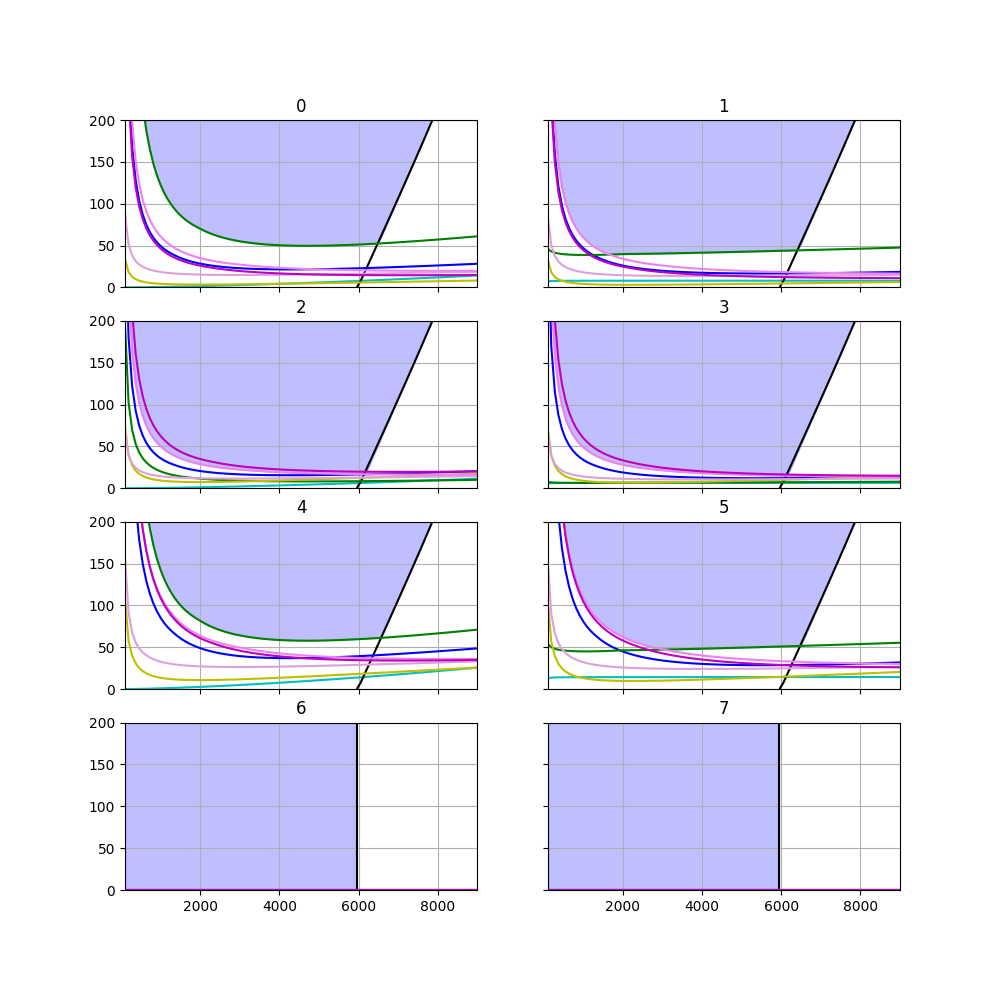
Repository: 12libao/DEA
Script's output: python Sizing_Method/ConstrainsAnalysis/ConstrainsAnalysisPDP1P2.py
An editor plug-in stored every save of this project. The script's output is shown before and after the next save, followed by the edit.
Random numbers start from a fixed seed.

Above is the script's output before, as saved 2021-07-12 16:06:07.

### Sizing_Method/ConstrainsAnalysis/ConstrainsAnalysisPDP1P2.py
# author: Bao Li #
# Georgia Institute of Technology #
import sys
import os

sys.path.insert(0, os.getcwd())

import numpy as np
import matplotlib.pylab as plt
import Sizing_Method.Other.US_Standard_Atmosphere_1976 as atm
import Sizing_Method.Aerodynamics.ThrustLapse as thrust_lapse
import Sizing_Method.Aerodynamics.Aerodynamics as ad
import Sizing_Method.ConstrainsAnalysis.ConstrainsAnalysis as ca
import Sizing_Method.ConstrainsAnalysis.ConstrainsAnalysisPD as ca_pd


"""
The unit use is IS standard
"""


class ConstrainsAnalysis_Mattingly_Method_with_DP_turbofun:
    """This is a power-based master constraints analysis"""

    def __init__(self, altitude, velocity, beta, wing_load, Hp=0.5, number_of_motor=12, C_DR=0):
        """

        :param beta: weight fraction
        :param Hp: P_motor/P_total
        :param n: number of motor
        :param K1: drag polar coefficient for 2nd order term
        :param K2: drag polar coefficient for 1st order term
        :param C_D0: the drag coefficient at zero lift
        :param C_DR: additional drag caused, for example, by external stores,
        braking parachutes or flaps, or temporary external hardware

        :return:
            power load: P_WTO
        """

        self.h = altitude
        self.v = velocity
        self.rho = atm.atmosphere(geometric_altitude=self.h).density()

        self.beta = beta
        self.hp = Hp
        self.n = number_of_motor

        # power lapse ratio
        self.alpha = thrust_lapse.thrust_lapse_calculation(altitude=self.h,
                                                           velocity=self.v).high_bypass_ratio_turbofan()

        self.k1 = ad.aerodynamics_without_pd(self.h, self.v).K1()
        self.k2 = ad.aerodynamics_without_pd(self.h, self.v).K2()
        self.cd0 = ad.aerodynamics_without_pd(self.h, self.v).CD_0()
        self.cdr = C_DR

        self.w_s = wing_load
        self.g0 = 9.80665

        self.coefficient = (1 - self.hp) * self.beta * self.v / self.alpha

        # Estimation of ΔCL and ΔCD
        pd = ad.aerodynamics_with_pd(
            self.h, self.v, Hp=self.hp, n=n, W_S=self.w_s)
        self.q = 0.5 * self.rho * self.v ** 2
        self.cl = self.beta * self.w_s / self.q
        # print(self.cl)
        self.delta_cl = pd.delta_lift_coefficient(self.cl)
        self.delta_cd0 = pd.delta_CD_0()

    def master_equation(self, n, dh_dt, dV_dt):
        cl = self.cl * n + self.delta_cl

        cd = self.k1 * cl ** 2 + self.k2 * cl + self.cd0 + self.cdr + self.delta_cd0
        p_w = self.coefficient * \
            (self.q / (self.beta * self.w_s) *
             cd + dh_dt / self.v + dV_dt / self.g0)
        return p_w

    def cruise(self):
        p_w = ConstrainsAnalysis_Mattingly_Method_with_DP_turbofun.master_equation(
            self, n=1, dh_dt=0, dV_dt=0)
        return p_w

    def climb(self, roc):
        p_w = ConstrainsAnalysis_Mattingly_Method_with_DP_turbofun.master_equation(
            self, n=1, dh_dt=roc, dV_dt=0)
        return p_w

    def level_turn(self, turn_rate=3, v=100):
        """
        assume 2 min for 360 degree turn, which is 3 degree/seconds
        assume turn at 300 knots, which is about 150 m/s
        """
        load_factor = (1 + ((turn_rate * np.pi / 180)
                       * v / self.g0) ** 2) ** 0.5
        p_w = ConstrainsAnalysis_Mattingly_Method_with_DP_turbofun.master_equation(
            self, n=load_factor, dh_dt=0, dV_dt=0)
        return p_w

    def take_off(self):
        """
        A320neo take-off speed is about 150 knots, which is about 75 m/s
        required runway length is about 2000 m
        K_TO is a constant greater than one set to 1.2 (generally specified by appropriate flying regulations)
        """
        Cl_max_to = 2.3  # 2.3
        K_TO = 1.2  # V_TO / V_stall
        s_G = 1266
        p_w = 2 / 3 * self.coefficient / self.v * self.beta * K_TO ** 2 / (
            s_G * self.rho * self.g0 * Cl_max_to) * self.w_s ** (
            3 / 2)
        return p_w

    def stall_speed(self, V_stall_to=65, Cl_max_to=2.3):
        V_stall_ld = 62

        Cl_max_ld = 2.87

        W_S_1 = 1 / 2 * self.rho * V_stall_to ** 2 * \
            (Cl_max_to + self.delta_cl)
        W_S_2 = 1 / 2 * self.rho * V_stall_ld ** 2 * \
            (Cl_max_ld + self.delta_cl)

        W_S = min(W_S_1, W_S_2)
        return W_S

    def service_ceiling(self, roc=0.5):
        p_w = ConstrainsAnalysis_Mattingly_Method_with_DP_turbofun.master_equation(
            self, n=1, dh_dt=roc, dV_dt=0)
        return p_w

    allFuncs = [take_off, stall_speed, cruise,
                service_ceiling, level_turn, climb]


class ConstrainsAnalysis_Mattingly_Method_with_DP_electric:
    """This is a power-based master constraints analysis

    the difference between turbofun and electric for constrains analysis:
    1. assume the thrust_lapse = 1 for electric propution
    2. hp = 1 - hp_turbofun
    """

    def __init__(self, altitude, velocity, beta, wing_load, Hp=0.5, number_of_motor=12, C_DR=0):
        """

        :param beta: weight fraction
        :param Hp: P_motor/P_total
        :param n: number of motor
        :param K1: drag polar coefficient for 2nd order term
        :param K2: drag polar coefficient for 1st order term
        :param C_D0: the drag coefficient at zero lift
        :param C_DR: additional drag caused, for example, by external stores,
        braking parachutes or flaps, or temporary external hardware

        :return:
            power load: P_WTO
        """

        self.h = altitude
        self.v = velocity
        self.rho = atm.atmosphere(geometric_altitude=self.h).density()

        self.beta = beta
        self.hp = Hp  # this is the difference part compare with turbofun
        self.n = number_of_motor

        # power lapse ratio
        self.alpha = 1  # this is the difference part compare with turbofun

        self.k1 = ad.aerodynamics_without_pd(self.h, self.v).K1()
        self.k2 = ad.aerodynamics_without_pd(self.h, self.v).K2()
        self.cd0 = ad.aerodynamics_without_pd(self.h, self.v).CD_0()
        self.cdr = C_DR

        self.w_s = wing_load
        self.g0 = 9.80665

        self.coefficient = self.hp * self.beta * self.v / self.alpha

        # Estimation of ΔCL and ΔCD
        pd = ad.aerodynamics_with_pd(
            self.h, self.v, Hp=self.hp, n=n, W_S=self.w_s)
        self.q = 0.5 * self.rho * self.v ** 2
        self.cl = self.beta * self.w_s / self.q
        # print(self.cl)
        self.delta_cl = pd.delta_lift_coefficient(self.cl)
        self.delta_cd0 = pd.delta_CD_0()

    def master_equation(self, n, dh_dt, dV_dt):
        cl = self.cl * n + self.delta_cl

        cd = self.k1 * cl ** 2 + self.k2 * cl + self.cd0 + self.cdr + self.delta_cd0
        p_w = self.coefficient * \
            (self.q / (self.beta * self.w_s) *
             cd + dh_dt / self.v + dV_dt / self.g0)
        return p_w

    def cruise(self):
        p_w = ConstrainsAnalysis_Mattingly_Method_with_DP_electric.master_equation(
            self, n=1, dh_dt=0, dV_dt=0)
        return p_w

    def climb(self, roc):
        p_w = ConstrainsAnalysis_Mattingly_Method_with_DP_electric.master_equation(
            self, n=1, dh_dt=roc, dV_dt=0)
        return p_w

    def level_turn(self, turn_rate=3, v=100):
        """
        assume 2 min for 360 degree turn, which is 3 degree/seconds
        assume turn at 300 knots, which is about 150 m/s
        """
        load_factor = (1 + ((turn_rate * np.pi / 180)
                       * v / self.g0) ** 2) ** 0.5
        p_w = ConstrainsAnalysis_Mattingly_Method_with_DP_electric.master_equation(
            self, n=load_factor, dh_dt=0, dV_dt=0)
        return p_w

    def take_off(self):
        """
        A320neo take-off speed is about 150 knots, which is about 75 m/s
        required runway length is about 2000 m
        K_TO is a constant greater than one set to 1.2 (generally specified by appropriate flying regulations)
        """
        Cl_max_to = 2.3  # 2.3
        K_TO = 1.2  # V_TO / V_stall
        s_G = 1266
        p_w = 2 / 3 * self.coefficient / self.v * self.beta * K_TO ** 2 / (
            s_G * self.rho * self.g0 * Cl_max_to) * self.w_s ** (
            3 / 2)
        return p_w

    def stall_speed(self, V_stall_to=65, Cl_max_to=2.3):
        V_stall_ld = 62

        Cl_max_ld = 2.87

        W_S_1 = 1 / 2 * self.rho * V_stall_to ** 2 * \
            (Cl_max_to + self.delta_cl)
        W_S_2 = 1 / 2 * self.rho * V_stall_ld ** 2 * \
            (Cl_max_ld + self.delta_cl)

        W_S = min(W_S_1, W_S_2)
        return W_S

    def service_ceiling(self, roc=0.5):
        p_w = ConstrainsAnalysis_Mattingly_Method_with_DP_electric.master_equation(
            self, n=1, dh_dt=roc, dV_dt=0)
        return p_w

    allFuncs = [take_off, stall_speed, cruise,
                service_ceiling, level_turn, climb]


class ConstrainsAnalysis_Gudmundsson_Method_with_DP_turbofun:
    """This is a power-based master constraints analysis based on Gudmundsson_method"""

    def __init__(self, altitude, velocity, beta, wing_load, Hp=0.5, number_of_motor=12, e=0.75, AR=10.3):
        """

        :param beta: weight fraction
        :param e: wing planform efficiency factor is between 0.75 and 0.85, no more than 1
        :param AR: wing aspect ratio, normally between 7 and 10

        :return:
            power load: P_WTO
        """

        self.h = altitude
        self.v = velocity
        self.beta = beta
        self.w_s = wing_load
        self.g0 = 9.80665

        self.beta = beta
        self.hp = Hp
        self.n = number_of_motor

        self.rho = atm.atmosphere(geometric_altitude=self.h).density()

        # power lapse ratio
        self.alpha = thrust_lapse.thrust_lapse_calculation(altitude=self.h,
                                                           velocity=self.v).high_bypass_ratio_turbofan()
        h = 2.43  # height of winglets
        b = 35.8
        # equation 9-88, If the wing has winglets the aspect ratio should be corrected
        ar_corr = AR * (1 + 1.9 * h / b)
        self.k = 1 / (np.pi * ar_corr * e)
        self.coefficient = (1 - self.hp) * self.beta * self.v / self.alpha

        # Estimation of ΔCL and ΔCD
        pd = ad.aerodynamics_with_pd(
            self.h, self.v, Hp=self.hp, n=n, W_S=self.w_s)
        self.q = 0.5 * self.rho * self.v ** 2
        cl = self.beta * self.w_s / self.q
        self.delta_cl = pd.delta_lift_coefficient(cl)
        self.delta_cd0 = pd.delta_CD_0()

        # TABLE 3-1 Typical Aerodynamic Characteristics of Selected Classes of Aircraft
        cd_min = 0.02
        cd_to = 0.03
        cl_to = 0.8

        self.v_to = 68
        self.s_g = 1480
        self.mu = 0.04

        self.cd_min = cd_min + self.delta_cd0
        self.cl = cl + self.delta_cl

        self.cd_to = cd_to + self.delta_cd0
        self.cl_to = cl_to + self.delta_cl

    def cruise(self):
        p_w = self.q / self.w_s * (self.cd_min + self.k * self.cl ** 2)
        return p_w * self.coefficient

    def climb(self, roc):
        p_w = roc / self.v + self.q * self.cd_min / self.w_s + self.k * self.cl
        return p_w * self.coefficient

    def level_turn(self, turn_rate=3, v=100):
        """
        assume 2 min for 360 degree turn, which is 3 degree/seconds
        assume turn at 100 m/s
        """
        load_factor = (1 + ((turn_rate * np.pi / 180)
                       * v / self.g0) ** 2) ** 0.5
        q = 0.5 * self.rho * v ** 2
        p_w = q / self.w_s * (self.cd_min + self.k *
                              (load_factor / q * self.w_s + self.delta_cl) ** 2)
        return p_w * self.coefficient

    def take_off(self):
        q = self.q / 2
        p_w = self.v_to ** 2 / (2 * self.g0 * self.s_g) + q * self.cd_to / self.w_s + self.mu * (
            1 - q * self.cl_to / self.w_s)
        return p_w * self.coefficient

    def service_ceiling(self, roc=0.5):
        vy = (2 / self.rho * self.w_s *
              (self.k / (3 * self.cd_min)) ** 0.5) ** 0.5
        q = 0.5 * self.rho * vy ** 2
        p_w = roc / vy + q / self.w_s * \
            (self.cd_min + self.k * (self.w_s / q + self.delta_cl) ** 2)
        # p_w = roc / (2 / self.rho * self.w_s * (self.k / (3 * self.cd_min)) ** 0.5) ** 0.5 + 4 * (
        #         self.k * self.cd_min / 3) ** 0.5
        return p_w * self.coefficient

    def stall_speed(self, V_stall_to=65, Cl_max_to=2.3):
        V_stall_ld = 62

        Cl_max_ld = 2.87

        W_S_1 = 1 / 2 * self.rho * V_stall_to ** 2 * \
            (Cl_max_to + self.delta_cl)
        W_S_2 = 1 / 2 * self.rho * V_stall_ld ** 2 * \
            (Cl_max_ld + self.delta_cl)

        W_S = min(W_S_1, W_S_2)
        return W_S

    allFuncs = [take_off, stall_speed, cruise,
                service_ceiling, level_turn, climb]


class ConstrainsAnalysis_Gudmundsson_Method_with_DP_electric:
    """This is a power-based master constraints analysis based on Gudmundsson_method

    the difference between turbofun and electric for constrains analysis:
    1. assume the thrust_lapse = 1 for electric propution
    2. hp = 1 - hp_turbofun
    """

    def __init__(self, altitude, velocity, beta, wing_load, Hp=0.5, number_of_motor=12, e=0.75, AR=10.3):
        """

        :param beta: weight fraction
        :param e: wing planform efficiency factor is between 0.75 and 0.85, no more than 1
        :param AR: wing aspect ratio, normally between 7 and 10

        :return:
            power load: P_WTO
        """

        self.h = altitude
        self.v = velocity
        self.beta = beta
        self.w_s = wing_load
        self.g0 = 9.80665

        self.beta = beta
        self.hp = Hp  # this is the difference part compare with turbofun
        self.n = number_of_motor

        self.rho = atm.atmosphere(geometric_altitude=self.h).density()

        # power lapse ratio
        self.alpha = 1  # this is the difference part compare with turbofun

        h = 2.43  # height of winglets
        b = 35.8
        # equation 9-88, If the wing has winglets the aspect ratio should be corrected
        ar_corr = AR * (1 + 1.9 * h / b)
        self.k = 1 / (np.pi * ar_corr * e)
        self.coefficient = self.hp*self.beta * self.v / self.alpha

        # Estimation of ΔCL and ΔCD
        pd = ad.aerodynamics_with_pd(
            self.h, self.v, Hp=self.hp, n=n, W_S=self.w_s)
        self.q = 0.5 * self.rho * self.v ** 2
        cl = self.beta * self.w_s / self.q
        self.delta_cl = pd.delta_lift_coefficient(cl)
        self.delta_cd0 = pd.delta_CD_0()

        # TABLE 3-1 Typical Aerodynamic Characteristics of Selected Classes of Aircraft
        cd_min = 0.02
        cd_to = 0.03
        cl_to = 0.8

        self.v_to = 68
        self.s_g = 1480
        self.mu = 0.04

        self.cd_min = cd_min + self.delta_cd0
        self.cl = cl + self.delta_cl

        self.cd_to = cd_to + self.delta_cd0
        self.cl_to = cl_to + self.delta_cl

    def cruise(self):
        p_w = self.q / self.w_s * (self.cd_min + self.k * self.cl ** 2)
        return p_w * self.coefficient

    def climb(self, roc):
        p_w = roc / self.v + self.q * self.cd_min / self.w_s + self.k * self.cl
        return p_w * self.coefficient

    def level_turn(self, turn_rate=3, v=100):
        """
        assume 2 min for 360 degree turn, which is 3 degree/seconds
        assume turn at 100 m/s
        """
        load_factor = (1 + ((turn_rate * np.pi / 180)
                       * v / self.g0) ** 2) ** 0.5
        q = 0.5 * self.rho * v ** 2
        p_w = q / self.w_s * (self.cd_min + self.k *
                              (load_factor / q * self.w_s + self.delta_cl) ** 2)
        return p_w * self.coefficient

    def take_off(self):
        q = self.q / 2
        p_w = self.v_to ** 2 / (2 * self.g0 * self.s_g) + q * self.cd_to / self.w_s + self.mu * (
            1 - q * self.cl_to / self.w_s)
        return p_w * self.coefficient

    def service_ceiling(self, roc=0.5):
        vy = (2 / self.rho * self.w_s *
              (self.k / (3 * self.cd_min)) ** 0.5) ** 0.5
        q = 0.5 * self.rho * vy ** 2
        p_w = roc / vy + q / self.w_s * \
            (self.cd_min + self.k * (self.w_s / q + self.delta_cl) ** 2)
        # p_w = roc / (2 / self.rho * self.w_s * (self.k / (3 * self.cd_min)) ** 0.5) ** 0.5 + 4 * (
        #         self.k * self.cd_min / 3) ** 0.5
        return p_w * self.coefficient

    def stall_speed(self, V_stall_to=65, Cl_max_to=2.3):
        V_stall_ld = 62

        Cl_max_ld = 2.87

        W_S_1 = 1 / 2 * self.rho * V_stall_to ** 2 * \
            (Cl_max_to + self.delta_cl)
        W_S_2 = 1 / 2 * self.rho * V_stall_ld ** 2 * \
            (Cl_max_ld + self.delta_cl)
        W_S = min(W_S_1, W_S_2)
        return W_S

    allFuncs = [take_off, stall_speed, cruise,
                service_ceiling, level_turn, climb]

if __name__ == "__main__":
    n = 100
    w_s = np.linspace(100, 9000, n)
    constrains_name = ['take off', 'stall speed', 'cruise', 'service ceiling', 'level turn @3000m',
                       'climb @S-L', 'climb @3000m', 'climb @7000m']
    constrains = np.array([[0, 68, 0.988, 0.5], [0, 80, 1, 0.5], [11300, 230, 0.948, 0.8],
                           [11900, 230, 0.78, 0.5], [3000, 100, 0.984, 0.8], [0, 100, 0.984, 0.5],
                           [3000, 200, 0.975, 0.6], [7000, 230, 0.96, 0.8]])
    color = ['c', 'k', 'b', 'g', 'y', 'plum', 'violet', 'm']
    label = ['feasible region with PD', 'feasible region with PD', 'feasible region Gudmundsson',
             'feasible region without PD', 'feasible region without PD', 'feasible region Mattingly']
    methods = [ConstrainsAnalysis_Mattingly_Method_with_DP_turbofun,
               ConstrainsAnalysis_Gudmundsson_Method_with_DP_turbofun,
               ConstrainsAnalysis_Mattingly_Method_with_DP_electric,
               ConstrainsAnalysis_Gudmundsson_Method_with_DP_electric,
               ConstrainsAnalysis_Mattingly_Method_with_DP_turbofun,
               ConstrainsAnalysis_Gudmundsson_Method_with_DP_turbofun,
               ca_pd.ConstrainsAnalysis_Mattingly_Method_with_DP,
               ca_pd.ConstrainsAnalysis_Gudmundsson_Method_with_DP]
    subtitle = ["0", "1",'2','3','4','5','6','7']
    m = constrains.shape[0]
    p_w = np.zeros([m, n, 8])

    # plots
    fig, ax = plt.subplots(4, 2, sharex=True, sharey=True, figsize=(10, 10))
    ax = ax.flatten()
    for k in range(8):
        for i in range(m):
            for j in range(n):
                h = constrains[i, 0]
                v = constrains[i, 1]
                beta = constrains[i, 2]
                hp = constrains[i, 3]

                # calculate p_w
                if k < 4:
                    problem = methods[k](h, v, beta, w_s[j], hp)
                    if i >= 5:
                        p_w[i, j, k] = problem.allFuncs[-1](problem, roc=15 - 5 * (i - 5))
                    else:
                        p_w[i, j, k] = problem.allFuncs[i](problem)
                elif k > 5:
                    problem = methods[k](h, v, beta, w_s[j], Hp=0)
                    if i >= 5:
                        p_w[i, j, k] = problem.allFuncs[-1](problem, roc=15 - 5 * (i - 5))
                    else:
                        p_w[i, j, k] = problem.allFuncs[i](problem)
                elif k == 4:
                    if i == 1:
                        problem = methods[k](h, v, beta, w_s[j], hp)
                        p_w[i, j, k] = problem.allFuncs[i](problem)
                    else:
                        p_w[i, j, k] = p_w[i, j, 0] + p_w[i, j, 2]
                else:
                    if i == 1:
                        problem = methods[k](h, v, beta, w_s[j], hp)
                        p_w[i, j, k] = problem.allFuncs[i](problem)
                    else:
                        p_w[i, j, k] = p_w[i, j, 1] + p_w[i, j, 3]

            if i == 1:
                ax[k].plot(p_w[i, :, k], np.linspace(0, 250, n), color=color[i], label=constrains_name[i])
            else:
                ax[k].plot(w_s, p_w[i, :, k], color=color[i], label=constrains_name[i])
        p_w[1, :, k] = 200 / (p_w[1, -1, k] - p_w[1, 20, k]) * (w_s - p_w[1, 2, k])
        ax[k].fill_between(w_s, np.amax(p_w[0:m - 1, :, k], axis=0), 200, color='b', alpha=0.25)
        # plt.xlabel('Wing Load: $W_{TO}$/S (N/${m^2}$)')
        # plt.ylabel('Power-to-Load: $P_{SL}$/$W_{TO}$ (W/N)')
        # ax[k].legend(bbox_to_anchor=(1.002, 1), loc="upper left")
        # plt.gca().add_artist(l1)
        ax[k].set_xlim(100, 9000)
        ax[k].set_ylim(0, 200)
        # plt.tight_layout()
        ax[k].set_title(subtitle[k])
        ax[k].grid()
    plt.show()

### Sizing_Method/Aerodynamics/MachNmuber.py
# author: Bao Li #
# Georgia Institute of Technology #
import sys
import os

sys.path.insert(0, os.getcwd())

import numpy as np
import matplotlib.pylab as plt
import Sizing_Method.Other.US_Standard_Atmosphere_1976 as atm


class mach:
    """Mach Number"""

    def __init__(self, altitude, velocity):
        """

        :input h (m): altitude
               v (m/s): velocity

        :output a: Mach number
        """
        self.h = altitude
        self.v = velocity
        self.atoms = atm.atmosphere(self.h)

    def mach_number(self):
        a = self.v / self.atoms.sound_speed()
        return a

Loaded but not shown: Sizing_Method/ConstrainsAnalysis/ConstrainsAnalysisPD.py (301 lines, source omitted); Sizing_Method/ConstrainsAnalysis/ConstrainsAnalysis.py (271 lines, source omitted); Sizing_Method/Aerodynamics/Aerodynamics.py (174 lines, source omitted); Sizing_Method/Other/US_Standard_Atmosphere_1976.py (166 lines, source omitted); Sizing_Method/Aerodynamics/ThrustLapse.py (91 lines, source omitted)

After the next save:
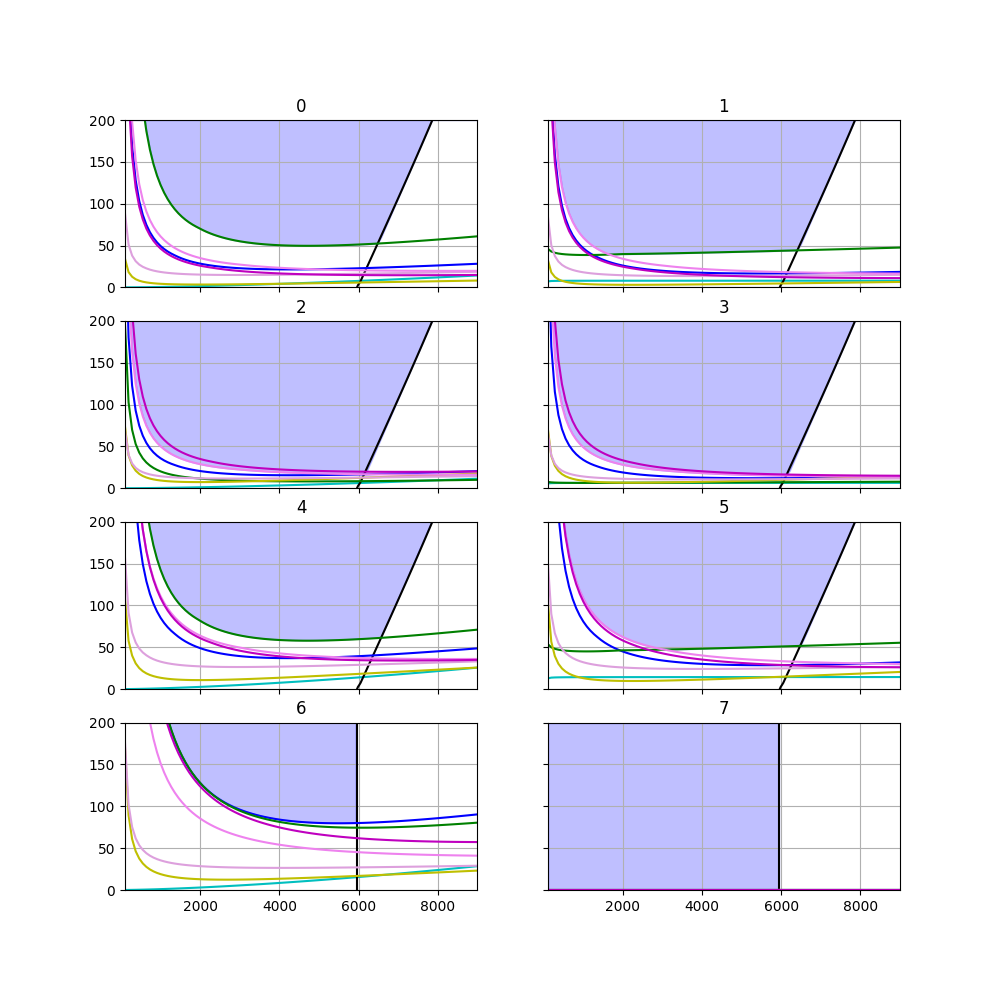
Saved 28 s later.
--- a/Sizing_Method/ConstrainsAnalysis/ConstrainsAnalysisPDP1P2.py
+++ b/Sizing_Method/ConstrainsAnalysis/ConstrainsAnalysisPDP1P2.py
@@ -499,7 +499,7 @@ if __name__ == "__main__":
                ConstrainsAnalysis_Gudmundsson_Method_with_DP_electric,
                ConstrainsAnalysis_Mattingly_Method_with_DP_turbofun,
                ConstrainsAnalysis_Gudmundsson_Method_with_DP_turbofun,
-               ca_pd.ConstrainsAnalysis_Mattingly_Method_with_DP,
+               ConstrainsAnalysis_Mattingly_Method_with_DP_turbofun,
                ca_pd.ConstrainsAnalysis_Gudmundsson_Method_with_DP]
     subtitle = ["0", "1",'2','3','4','5','6','7']
     m = constrains.shape[0]
